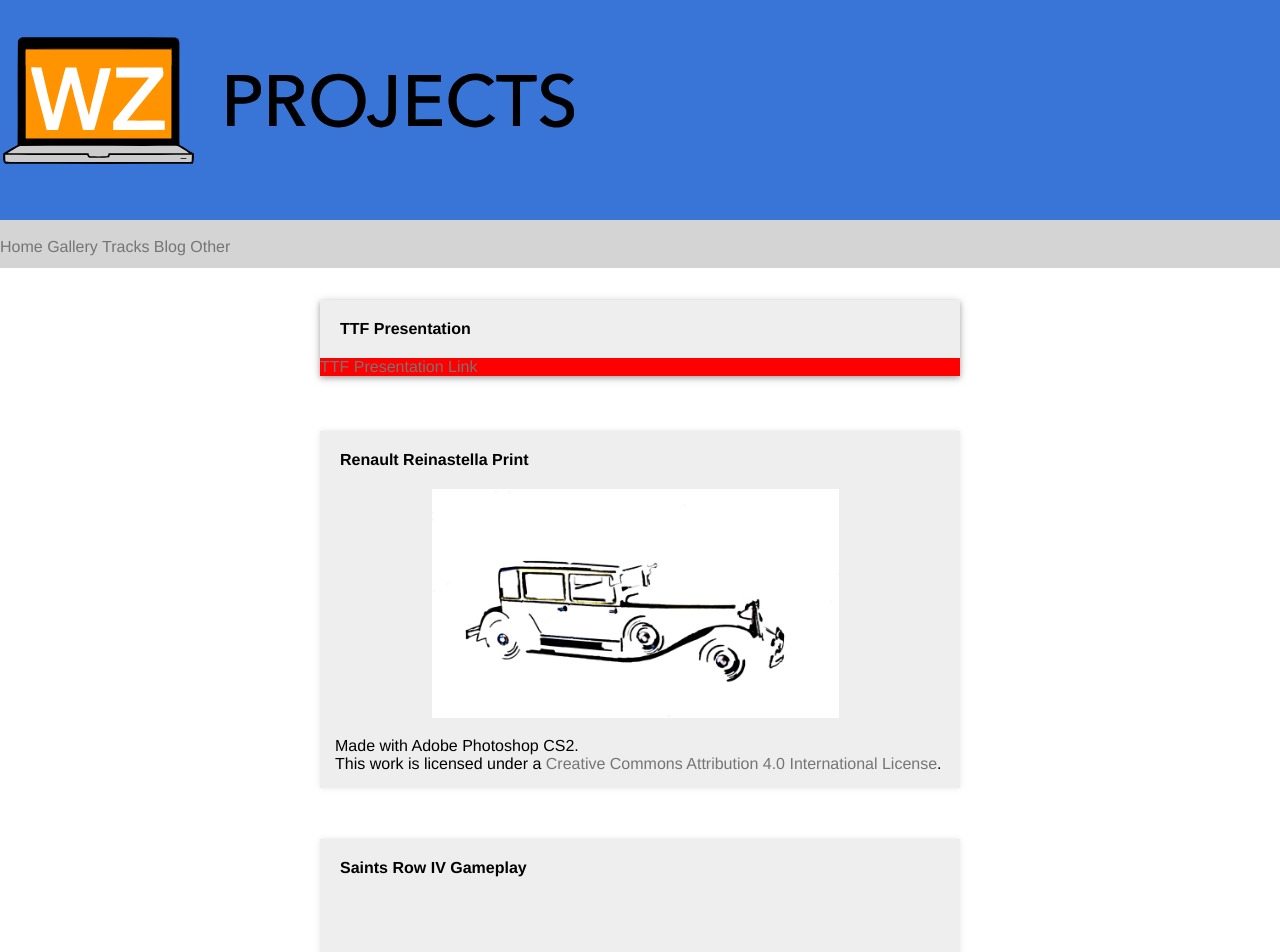
Repository: willzhang05/willzhang05.github.io-old
Page: newmenu.html
The author's editor kept a record of every edit. The page is drawn from the files as they stood at one moment, then again after the next edit.
The browser window is 1280 px wide. The pictures show the part of the page from y = 0 to 952 px (the page is 2357 px tall).
The first visible `.card` is being pressed.
Pictures or frames that could not be fetched are drawn as grey boxes.

Above is the page before.

### newmenu.html
<!DOCTYPE html>
<html>
	<script type="text/javascript">
		function toggleMenu(){
			var body = document.body,
	        mask = document.createElement("div"),
	        toggleSlideLeft = document.querySelector( "slideLeft" ),
	        activeNav;
	    	mask.className = "mask";
	    	toggleSlideLeft.addEventListener( "click", function(){
	        	document.body.appendChild(mask);
	        	activeNav = "sml-open";
	    	} );
		}
	</script>
	<head>
		<meta property="og:image" content="images/WZProjectslogo-vector.svg"/>
		<meta property="og:image:secure_url" content="images/WZProjectslogo-vector.svg"/>
		<meta charset="UTF-8">
		<meta name="description" content="William Zhang Projects">
		<meta name="author" content="William Zhang">

		<link rel="icon" type="image/png" href="https://www.blogger.com/favicon-image.g?blogID=6274754737357801226">
		<link rel="stylesheet" href="main-style.css">
		<link rel="import" href="bower_components/polymer/polymer.html">
		<link rel="import" href="bower_components/paper-ripple/paper-ripple.html">
		<link rel="import" href="bower_components/core-icons/core-icons.html">
		<link rel="import" href="bower_components/font-roboto/roboto.html">
		<link rel="import" href="bower_components/paper-menu-button/paper-menu-button.html">
		<link rel="import" href="bower_components/paper-dropdown/paper-dropdown.html">
		<link rel="import" href="bower_components/paper-elements/paper-elements.html">
		<link rel="import" href="bower_components/core-menu/core-menu.html">
		<link rel="import" href="bower_components/core-dropdown-menu/core-dropdown-menu.html">
		<link rel="import" href="bower_components/paper-shadow/paper-shadow.html">
	</head>
	<title>
		Home - WZProjects
	</title>
	<body>
		<div id="wrapper">
			<div id="header-wrapper">
				<div id="header-banner">
					<a href="http://willzhang05.github.io">
						<img src="images/WZProjectslogo-vector.svg" width="640" height="200" alt="WZProjects"/>
					</a>
				</div>
				<paper-shadow>
					<div id="header-navbar">
						<paper-menu-button>
							<paper-icon-button style="margin:4px;" icon="menu" role="button" tabindex="0" aria-label="menu" onclick="toggleMenu">
								<paper-ripple></paper-ripple>
							</paper-icon-button>
							<paper-shadow z="1">
								<nav class="menu slideLeft">
									<paper-item>
										<a class="links" href="http://willzhang05.github.io">
											Home
										</a>
									</paper-item>
									<paper-item>
										<a class="links" href="gallery.html">
											Gallery
										</a>
									</paper-item>
									<paper-item>
										<a class="links" href="tracks.html">
											Tracks
										</a>
									</paper-item>
									<paper-item>
										<a class="links" href="http://thewiztechblog.blogspot.com/">
											Blog
										</a>
									</paper-item>
									<paper-item>
										<a class="links" href="other.html">
											Other
										</a>
									</paper-item>
								</nav>
							</paper-shadow>
						</paper-menu-button>
					</div>
				</paper-shadow>
			</div>
			<!--<paper-shadow class="shadow" z="0" animated>-->
			<div id="content">
				<paper-shadow z="1">
					<div class="card">
						<h1>TTF Presentation</h1>
						<div style="background-color:red; border:none;">
							<a class="source" href="http://willzhang05.github.io/bower_components/impress.js/">
								<paper-item>
									TTF Presentation Link
								</paper-item>
							</a>
						</div>
					</div>
				</paper-shadow>
				<paper-shadow z="1">
					<div class="card">
						<h1>Renault Reinastella Print</h1>
						<div class="image">
							<img src="images/renault-reinastella-print-optimized.jpg" width="97.8%" height="55%" alt="Renault Reinastella Print"/>
						</div>
						<div class="description">
							<span>
								Made with Adobe Photoshop CS2.
								<br />
								This work is licensed under a
								<a class="source" rel="license" href="http://creativecommons.org/licenses/by/4.0/" target="_blank">Creative Commons Attribution 4.0 International License</a>.
							</span>
						</div>
					</div>
				</paper-shadow>
				<paper-shadow z="1">
					<div class="card">
						<h1>Saints Row IV Gameplay</h1>
						<div class="video">
							<iframe width="100%" height="360px" style="border:none;" src="https://www.youtube.com/embed/M_jKscIiPVo?rel=0&fs=1" webkitallowfullscreen mozallowfullscreen allowfullscreen>
							</iframe>
						</div>
						<div class="description">
							<span>
								Professor Genki's Mind Over Murder, a minigame within Saints Row IV.
							</span>
						</div>
					</div>
				</paper-shadow>
				<paper-shadow z="1">
					<div class="card">
						<h1>BeamNG.drive Gameplay</h1>
						<div class="video">
							<iframe width="100%" height="360px" style="border:none;" src="https://www.youtube.com/embed/0Np-dQfyBwY?rel=0&fs=1" webkitallowfullscreen mozallowfullscreen allowfullscreen>
							</iframe>
						</div>
						<div class="description">
							<span>This game is still in early development. Visit the website here:
								<a class="source" href="http://beamng.com/" target="_blank">BeamNG.drive</a>.
							</span>
						</div>
					</div>
				</paper-shadow>
				<paper-shadow z="1">
					<div class="card">
						<paper-item>
							<canvas id="myCanvas" class="test">
							</canvas>
							<script>

							</script>
						</paper-item>
					</div>
				</paper-shadow>
			</div>
			<paper-shadow>
				<div id="footer">
					<paper-shadow z="1">
						<div class="categories">
							<paper-item style="width:20%; float:left; text-align:center;">
								<a class="links" href="http://willzhang05.github.io">
									Home
								</a>
							</paper-item>
							<paper-item style="width:20%; float:left; text-align:center;">
								<a class="links" href="gallery.html">
									Gallery
								</a>
							</paper-item>
							<paper-item style="width:20%; float:left; text-align:center;">
								<a class="links" href="tracks.html">
									Tracks
								</a>
							</paper-item>
							<paper-item style="width:20%; float:left; text-align:center;">
								<a class="links" href="http://thewiztechblog.blogspot.com">
									Blog
								</a>
							</paper-item>
							<paper-item style="width:20%; float:left; text-align:center;">
								<a class="links" href="other.html">
									Other
								</a>
							</paper-item>
						</div>
					</paper-shadow>
					<paper-shadow z="1">
						<div class="attribution">
							<br/>
							<span style="margin-left:15px; display:inline-block;">
								Polymer Web Components used under the
								<a class="source" href="http://polymer.github.io/LICENSE.txt" target="_blank">BSD license</a>.
								Material Design components available here:
								<a class="source" href="http://www.polymer-project.org/" target="_blank">Polymer Project</a>.
							</span>
						</div>
					</paper-shadow>
				</div>
			</div>
		</paper-shadow>
	</body>
</html>

### main-style.css
/*http://meyerweb.com/eric/tools/css/reset/*/

html, body, div, span, applet, object, iframe,
h2, h3, h4, h5, h6, p, blockquote, pre,
a, abbr, acronym, address, big, cite, code,
del, dfn, em, img, ins, kbd, q, s, samp,
small, strike, strong, sub, sup, tt, var,
b, u, i, center,
dl, dt, dd, ol, ul, li,
fieldset, form, label, legend,
table, caption, tbody, tfoot, thead, tr, th, td,
article, aside, canvas, details, embed,
figure, figcaption, footer, header, hgroup,
menu, nav, output, ruby, section, summary,
time, mark, audio, video {
    margin: 0;
    padding: 0;
    border: 0;
    font-size: 100%;
    font: inherit;
    vertical-align: baseline;
}

body {
	width: 100%;
	font-family: RobotoDraft, Helvetica Neue, Helvetica, sans-serif;
	overflow-x: hidden;
	-webkit-user-select: none;
    -moz-user-select: none;
    -ms-user-select: none;
    user-select: none;
    -webkit-tap-highlight-color: rgba(0,0,0,0);
    -webkit-touch-callout: none;
}

a {
	color: #757575;
	text-decoration: none;
	-webkit-transition: all 0.2s ease;
  	-moz-transition: all 0.2s ease;
  	-ms-transition: all 0.2s ease;
  	-o-transition: all 0.2s ease;
   	transition: all 0.2s ease;
}

.links:hover {
	color: black;
	font-weight: bold;
}

.source:hover {
	color: black;
	text-decoration: underline;
}

h1 {
	font-size: 16px;
	margin: 5px;
}

#wrapper {
	min-height: 100%;
	position: relative;
    z-index: 10;
    top: 0;
    left: 0;
    -webkit-transition: all 0.3s;
    -moz-transition: all 0.3s;
    -ms-transition: all 0.3s;
    -o-transition: all 0.3s;
    transition: all 0.3s;
}

#header-wrapper {
	height:268px;
	/*background:linear-gradient(#FF6D00, rgb(57,117,215));*/
}

#header-banner {
	width: 100%;
	height: 220px;
	float: left;
	clear: both;
	background-color: rgb(57,117,215);
}

#header-navbar {
	width: 100%;
	height: 48px;
	clear: both;
	background-color:#D4D4D4 /*#1976D2*/;
	/*-webkit-box-shadow: 0 0 6px rgba(0,0,0,0.1);
	box-shadow: 0 0 6px rgba(0,0,0,0.1);*/
}

.sidebar {
	height: 500px;
	float: left;
	margin-bottom: 0px;
	background-color: #EEEEEE;
	/*-webkit-box-shadow: 0 0 6px rgba(0,0,0,0.1);
	box-shadow: 0 0 6px rgba(0,0,0,0.1);*/
	overflow-y: auto;
	position: relative;
}

/*begin menu testing*/

.mask {
    position: fixed;
    top: 0;
    left: 0;
    z-index: 15;
    width: 100%;
    height: 100%;
}

nav.slideLeft {
    top: 0;
    width: 300px;
    height: 100%;
}

nav.slideLeft {
    left: -300px;
}

/*body.sml-open nav.slideLeft {
    left: 0;
}
*/
/*end menu testing*/

#content {
	overflow: hidden;
	padding-top: 10px;
   	padding-bottom: 148px;
}

.card {
	cursor: pointer;
	width: 50%;
	margin-top: 2%;
	margin-bottom: 2%;
	margin-left: 25%;
	float: left;
	background-color: #EEEEEE;
	-webkit-box-shadow: 0 0 6px rgba(0,0,0,0.1);
	box-shadow: 0 0 6px rgba(0,0,0,0.1);
	-webkit-transition: all 0.3s ease;
  	-moz-transition: all 0.3s ease;
  	-ms-transition: all 0.3s ease;
  	-o-transition: all 0.3s ease;
   	transition: all 0.3s ease;

}

.card > h1 {
	padding: 15px;
}

.card:hover {
	box-shadow: 0 2px 10px 0 rgba(0, 0, 0, 0.16), 0 2px 5px 0 rgba(0, 0, 0, 0.26);
}

.card:active {
	margin-top: 1.75%;
	margin-bottom: 2.25%;
}

.card .description {
	padding: 15px;
}

.card .image, .video, .music {
	padding-left: 17.5%;
	padding-right: 17.5%;
	border:none;
}

#footer {
	width: 100%;
	height: 148px;
	clear: both;
	bottom: 0;
	left: 0;
}

.categories {
	width: 100%;
	height: 48px;
	overflow: hidden;
	background-color: #D4D4D4;
	/*-webkit-box-shadow: 0 0 6px rgba(0,0,0,0.1);
	box-shadow: 0 0 6px rgba(0,0,0,0.1);*/
	/*position:fixed;
	top:95%;*/
}

.attribution {
	width: 100%;
	height: 100px;
	background-color: #424242; /*Meaning of life 3x*/
	color: #EEEEEE;
	text-align: center;
}

.test {
	color: black;
	/*Test ideas here*/
}

After the next edit:
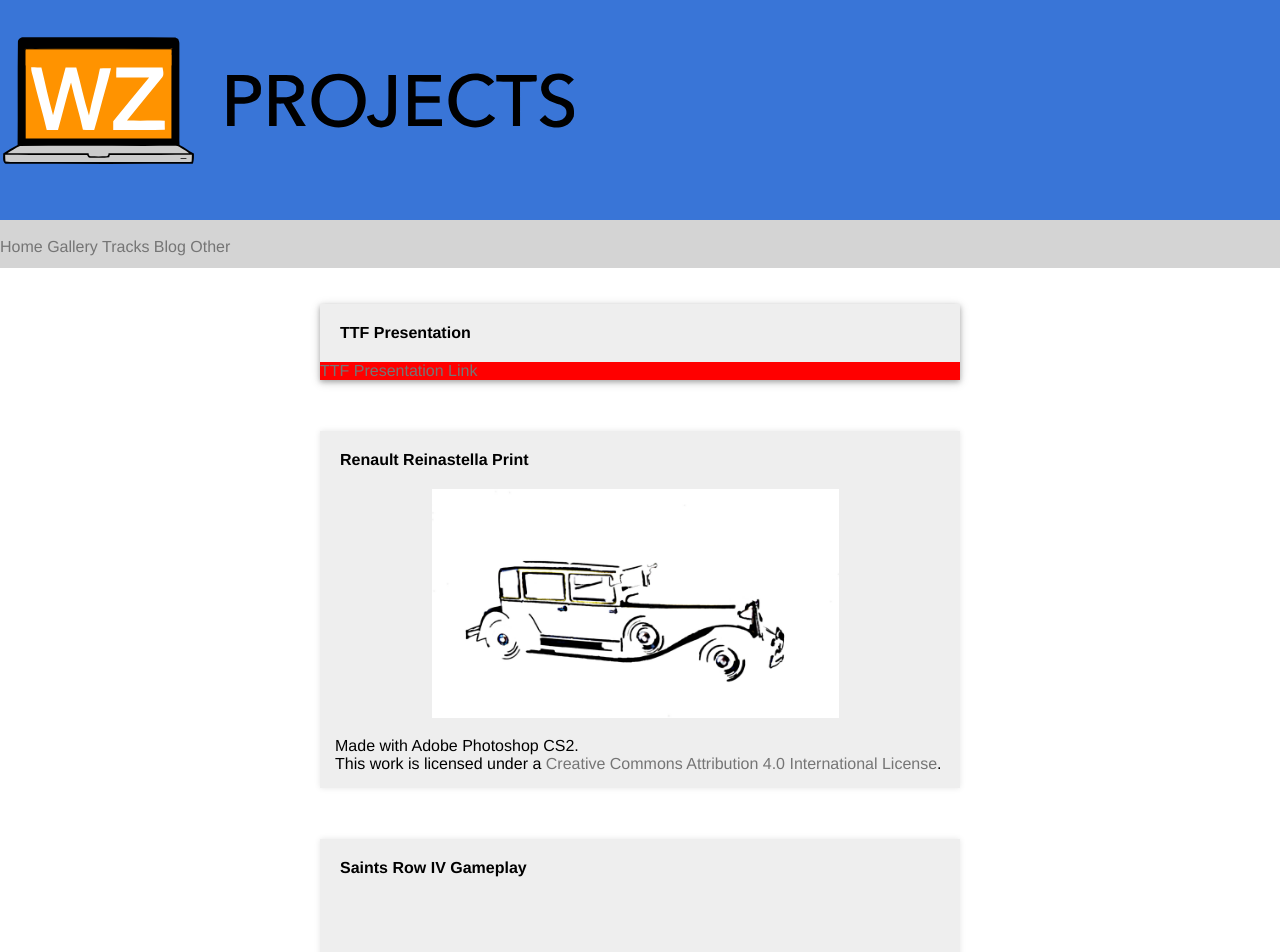
The edit:
--- a/main-style.css
+++ b/main-style.css
@@ -164,8 +164,7 @@
 }
 
 .card:active {
-	margin-top: 1.75%;
-	margin-bottom: 2.25%;
+
 }
 
 .card .description {
